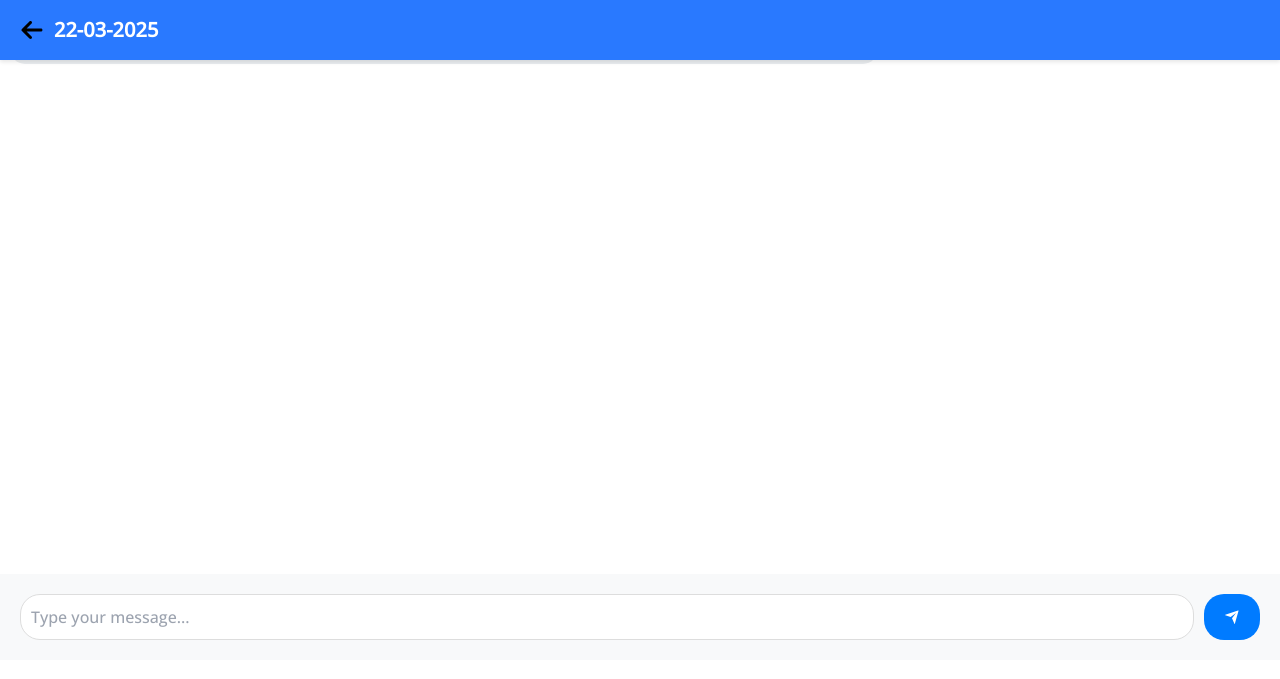
Repository: shash0708/GMR-Lines
Page: /bot (app in frontend/)
The author's editor kept a copy of each file at every save. The page is drawn from the files as they stood at one save, then again after the next save.
The browser window is 1280 px wide. The pictures show the whole page.
The page's requests for data from a server got no answer. Some web libraries are served in a nearby version. The project was rebuilt for these pictures with package versions that can differ from the ones it lists, and the page was loaded fresh each time. No one was signed in, and anything a server would have sent is missing. Also part of the build but not shown: frontend/src/components/Footer/Footer.css, frontend/src/components/Footer/Footer.component.jsx, frontend/src/components/Form/Form.component.jsx, frontend/src/components/Profile/Profile.jsx, frontend/src/components/Card/Card.jsx, frontend/src/components/Card/Card.component.jsx, frontend/src/components/Data/DataCard.jsx, frontend/src/components/speedDail/SpeedDail.component.jsx and 8 more.

Above is the page before, as saved 2025-03-22 14:50:11.

### frontend/public/index.html
<!DOCTYPE html>
<html lang="en">
  <head>
    <meta charset="utf-8" />
    <link rel="icon" href="%PUBLIC_URL%/favicon.ico" />
    <meta name="viewport" content="width=device-width, initial-scale=1" />
    <meta name="theme-color" content="#000000" />
    <meta name="description" content="Web site created using create-react-app" />
    <link rel="apple-touch-icon" href="%PUBLIC_URL%/logo192.png" />
    <!--
      manifest.json provides metadata used when your web app is installed on a
      user's mobile device or desktop. See https://developers.google.com/web/fundamentals/web-app-manifest/
    -->
    <link rel="manifest" href="%PUBLIC_URL%/manifest.json" />
    <!--
      Notice the use of %PUBLIC_URL% in the tags above.
      It will be replaced with the URL of the `public` folder during the build.
      Only files inside the `public` folder can be referenced from the HTML.

      Unlike "/favicon.ico" or "favicon.ico", "%PUBLIC_URL%/favicon.ico" will
      work correctly both with client-side routing and a non-root public URL.
      Learn how to configure a non-root public URL by running `npm run build`.
    -->
    <link href="https://cdn.jsdelivr.net/npm/bootstrap@5.3.3/dist/css/bootstrap.min.css" rel="stylesheet" integrity="sha384-QWTKZyjpPEjISv5WaRU9OFeRpok6YctnYmDr5pNlyT2bRjXh0JMhjY6hW+ALEwIH" crossorigin="anonymous">
    <link rel="stylesheet" href="https://cdnjs.cloudflare.com/ajax/libs/font-awesome/6.0.0-beta3/css/all.min.css">

    <title>Log Book</title>
  </head>
  <script src="https://cdnjs.cloudflare.com/ajax/libs/html2pdf.js/0.10.1/html2pdf.bundle.min.js"></script>

  <script src="https://cdn.jsdelivr.net/npm/bootstrap@5.3.3/dist/js/bootstrap.bundle.min.js" integrity="sha384-YvpcrYf0tY3lHB60NNkmXc5s9fDVZLESaAA55NDzOxhy9GkcIdslK1eN7N6jIeHz" crossorigin="anonymous"></script>
  <script src="https://cdn.jsdelivr.net/npm/@popperjs/core@2.11.8/dist/umd/popper.min.js" integrity="sha384-I7E8VVD/ismYTF4hNIPjVp/Zjvgyol6VFvRkX/vR+Vc4jQkC+hVqc2pM8ODewa9r" crossorigin="anonymous"></script>
  <script src="https://cdn.jsdelivr.net/npm/bootstrap@5.3.3/dist/js/bootstrap.min.js" integrity="sha384-0pUGZvbkm6XF6gxjEnlmuGrJXVbNuzT9qBBavbLwCsOGabYfZo0T0to5eqruptLy" crossorigin="anonymous"></script>
  <script src="https://cdn.tailwindcss.com?plugins=forms,container-queries"></script>

  <body>
    <noscript>You need to enable JavaScript to run this app.</noscript>
    <div id="root"></div>
    <!--
      This HTML file is a template.
      If you open it directly in the browser, you will see an empty page.

      You can add webfonts, meta tags, or analytics to this file.
      The build step will place the bundled scripts into the <body> tag.

      To begin the development, run `npm start` or `yarn start`.
      To create a production bundle, use `npm run build` or `yarn build`.
    -->
  </body>
</html>

### frontend/src/index.css
@tailwind base;
@tailwind components;
@tailwind utilities;
@import url('https://fonts.googleapis.com/css2?family=Open+Sans:ital,wght@0,500;1,500&display=swap');

/* Default Light Mode */
body {
    background: white;
    color: black;
    font-family: Arial, sans-serif;
    transition: all 0.3s ease;
  }

  /* Dark Mode */
  body.dark-mode {
    background:black;
    color: white;
  }

  /* Additional UI elements */
  .settings-menu {
    background: white;
    color: black;
    padding: 10px;
    transition: all 0.3s ease;
  }

  body.dark-mode .settings-menu {
    background: #000000;
    color: white;
  }

  .settings-button {
    background: transparent;
    border: 1px solid #555;
    color: black;
    padding: 8px 16px;
    margin: 5px;
    cursor: pointer;
    transition: all 0.3s ease;
  }

  body.dark-mode .settings-button {
    background: #000000;
    color: white;
  }

  .profile-header .profile-image {
    width: 100px;
    height: 100px;
    border-radius: 50%;
    cursor: pointer;
  }

  .image-menu-button {
    background: transparent;
    border: 1px solid #555;
    color: black;
    padding: 8px 16px;
    margin: 5px;
    cursor: pointer;
  }

  body.dark-mode .image-menu-button {
    background: #555;
    color: white;
  }

### frontend/src/context/ThemeChange.js
import React, { createContext, useState, useEffect } from 'react';

export const ThemeContext = createContext();

export const ThemeProvider = ({ children }) => {
  const [darkMode, setDarkMode] = useState(
    localStorage.getItem('darkMode') === 'true' || false
  );

  useEffect(() => {
    if (darkMode) {
      document.body.classList.add('dark-mode');
    } else {
      document.body.classList.remove('dark-mode');
    }
  }, [darkMode]);

  const toggleDarkMode = () => {
    setDarkMode((prev) => {
      const newMode = !prev;
      localStorage.setItem('darkMode', newMode);
      return newMode;
    });
  };

  return (
    <ThemeContext.Provider value={{ darkMode, toggleDarkMode }}>
      {children}
    </ThemeContext.Provider>
  );
};

### frontend/src/App.css
@import url('https://fonts.googleapis.com/css2?family=Open+Sans:ital,wght@0,500;1,500&display=swap');
body {
  font-family: "Open Sans", sans-serif;

    background-color: white ;
    background-size: cover;
    min-height: 100vh;

  }

### frontend/src/components/Home/Home.component.jsx
import React, { useState, useEffect,useContext } from "react";
import { useNavigate } from "react-router-dom";
import useDocumentTitle from "../hooks/useDocumentTitle";
import URL from "../config";
import "./Home.css";
import Footer from "../Footer/Footer.component";
import { Button } from "@mui/material";
import styled from "styled-components";
import { FaRegLightbulb } from "react-icons/fa";
import { FaCalendar } from "react-icons/fa";
import { IoSettingsOutline } from "react-icons/io5";
import { ThemeContext } from '../../context/ThemeChange.js';

const CardContainer = styled.div`
  display: grid;
  grid-template-columns: repeat(2, 1fr); /* 2 columns */
  gap: 10px; /* Space between cards */
  padding: 10px;
  background-color: ${({ darkMode }) => (darkMode ? 'black' : '#f5f5f5')}; /* Dark or light background */
`;

const Card = styled.div`
  padding: 20px;
  background-color: ${({ darkMode }) => (darkMode ? 'black' : 'white')}; /* Dark or light card background */
  color: ${({ darkMode }) => (darkMode ? '#fff' : '#000')}; /* Text color */
  border-radius: 8px;
  border: 1px solid ${({ darkMode }) => (darkMode ? '#333' : 'grey')};
  box-shadow: 0 4px 8px rgba(0, 0, 0, 0.9);
  display: flex; /* Flexbox to align items */
  align-items: center; /* Center items vertically */
`;

const IconWrapper = styled.span`
 width: 30px; /* Set icon size */
 color:black;
 color: ${({ darkMode }) => (darkMode ? '#fff' : '#000')}; /* Adjust icon color based on dark mode */

 display:flex;
  /* Space between icon and text */
`;

const cardData = [
  { Id: "Stay compliant", text: "Our automated system helps you stay up to date with the latest regulations.", icon: <FaRegLightbulb /> },
  { Id: "Improve efficiency", text: "Automate your HR processes and focus on what matters most.", icon: <FaCalendar />  },
  { Id: "Make better decisions", text: "Get insights into your data to make smarter business decisions.", icon: <IoSettingsOutline /> },
];

const Home = () => {
  const navigate = useNavigate();
  const { darkMode } = useContext(ThemeContext);

  useDocumentTitle("Aviation Logbook");

  const [ameNumber, setAmeNumber] = useState("");
  const [loading, setLoading] = useState(true);

  useEffect(() => {
    const fetchAmeNumber = async () => {
      try {
        const response = await fetch(`${URL}/api/getuser`, {
          method: "GET",
          headers: {
            "auth-token": localStorage.getItem("token"),
          },
        });

        if (!response.ok) {
          throw new Error("Network response was not ok");
        }

        const data = await response.json();
        setAmeNumber(data.AME);
      } catch (error) {
        console.error("Error fetching AME number:", error);
      } finally {
        setLoading(false);
      }
    };

    fetchAmeNumber();
  }, []);

  return (
    <div className={`Home ${darkMode ? 'dark-mode' : ''}`}>
      <header className="hero-section">
        <h1>AirCrew</h1>
        <img src="assests/bg.jpg" alt="AirCrew logo" className="aircrew-image" />
        {loading ? <p>Loading...</p> : <h3 className="ame-number">{ameNumber}</h3>}
      </header>
      <div className="Container">
        <h1>How we can help</h1>
        <p>Save time, reduce errors, and improve<br />compliance with our easy-to-use software.</p>
      </div>
      <div>
        <Button
          type="submit"
          variant="contained"
          color="primary"
          sx={{
            marginTop: 2,
            marginLeft: '10px',
            width: '100%', // Ensures the button takes up full width of its container
            backgroundColor: 'blue',
            '&:hover': {
              backgroundColor: '#4B0082',
            },
          }}
          style={{
            display: "flex",
            marginLeft: "-180px", // Fixed typo in margin-left
            padding: "10px",
            width: "140px",
          }}
        >
          Learn more
        </Button>
      </div>
      <CardContainer darkMode={darkMode}>
        {cardData.map(card => (
          <Card darkMode={darkMode} key={card.Id}>
            <div>
            <IconWrapper darkMode={darkMode}>{card.icon}</IconWrapper> {/* Wrap icon in styled component */}

              <h1>{card.Id}</h1>
              <p>{card.text}</p>
            </div>
          </Card>
        ))}
      </CardContainer>
    </div>
  );
};

export default Home;

### frontend/src/components/hooks/useDocumentTitle.js
// src/hooks/useDocumentTitle.js
import { useEffect } from 'react';

const useDocumentTitle = (title) => {
  useEffect(() => {
    document.title = title;
  }, [title]);
};

export default useDocumentTitle;

### frontend/src/components/config.js
// src/config.js
const URL = "  https://gmr-lines.onrender.com";

export default URL;

// `${URL}

### frontend/src/components/Home/Home.css
@import url('https://fonts.googleapis.com/css2?family=Open+Sans:ital,wght@0,500;1,500&display=swap');

.Home {
  font-family: "Open Sans", sans-serif;
  color: #fff;
  background-color: white;
  background-size: cover;
 height: auto; /* Full height for scrolling */
 margin-bottom: 100px;
  display: flex;
  flex-direction: column;
  align-items: center;
  justify-content: flex-start; /* Align the content at the top */
  overflow-y: auto; /* Enable scrolling for overflow */
}

.hero-section {
  width: 100%; /* Ensure it takes full width */
  height: 250px;
  text-align: center;
}

.dark-mode{
  background-color:black;
  color:white
}
.hero-section h1 {
  display: flex;
  align-items: center;
  justify-content: center;
  font-weight: 600;
  margin-top: 20px;
  font-size: 2rem;
  color: black;
  margin-bottom: 0.5rem;
}

.hero-section p {
  font-size: 1.25rem;
  color: #ddd;
}

.content {
  text-align: center;
}

.ame-number {
  font-size: 2rem;
  margin-bottom: 2rem;
}

.btn-new-entry,
.btn-past-records {
  background-color: #005b96;
  color: #fff;
  border: none;
  padding: 1rem 2rem;
  margin: 0.5rem;
  border-radius: 5px;
  cursor: pointer;
  font-size: 1rem;
}

.btn-new-entry:hover,
.btn-past-records:hover {
  background-color: #003f73;
}

.aircrew-image {
  width: 100%; /* Make the image responsive */
  height: auto;
  display: block;
  margin: 0 auto;
}

.Container {
  display: flex;
  flex-direction: column;
  margin-top: 290px;
  padding: 10px;
  font-family: "Open Sans", sans-serif;
  margin-left: 0; /* Adjust this to center if needed */
  height: 100px; /* Make sure it takes full available height */
  width: 100%; /* Ensure it stretches to full width */
}

.Container h1 {
  color: black;
  font-size: 22px;
  font-weight: bolder;

}
.Container p{
  color: black;

}

.dark-mode p{
  background-color: black;
  color:rgb(198, 190, 190)
}
 h1 {
  color: black;

}

### frontend/src/components/bot/Topbar/Topbar.js
import React from 'react'
import { useNavigate } from 'react-router-dom'
import './Topbar.css'
import { FaArrowLeft } from "react-icons/fa6"

const Topbar = () => {
  const navigate = useNavigate()

  const handleBackClick = () => {
    navigate('/past-records')
  }

  return (
    <div class="topbar-container">
        <div className="topbar">
            <div className="date-container">
                <FaArrowLeft
                  className="arrow-icon"
                  onClick={handleBackClick}
                  style={{ cursor: 'pointer' }}
                />
                <span className="date-text">22-03-2025</span>
            </div>
        </div>
    </div>
  )
}

export default Topbar

### frontend/src/components/bot/chatwindow.css
.chat-container {
    height: 100vh;
    display: flex;
    flex-direction: column;
    margin-top: -70px;
  }

  .messages-container {
    flex: 1;
    padding: 20px;
    overflow-y: auto;
    margin-top: 60px;
  }

  .message {
    max-width: 70%;
    margin: 10px;
    padding: 10px 15px;
    border-radius: 15px;
    word-wrap: break-word;
  }

  .bot {
    background-color: #e9ecef;
    align-self: flex-start;
    margin-left: -10px;
  }

  .user {
    background-color: #007bff;
    color: white;
    align-self: flex-end;
    margin-left: 100px;
  }

  .options-wrapper {
    display: flex;
    flex-direction: column;
    gap: 10px;
    margin: 10px 0;
  }

  .options-container {
    display: flex;
    flex-wrap: wrap;
    gap: 10px;
    padding: 0 10px;
  }

  .option-button {
    padding: 8px 16px;
    background-color: #f0f0f0;
    border: 1px solid #ddd;
    border-radius: 20px;
    cursor: pointer;
    transition: all 0.3s ease;
  }

  .option-button.selected {
    background-color: #007bff;
    color: white;
    border-color: #0056b3;
  }

  .submit-options-button {
    margin: 10px;
    padding: 8px 16px;
    background-color: #28a745;
    color: white;
    border: none;
    border-radius: 20px;
    cursor: pointer;
    align-self: flex-end;
  }

  .input-container {
    display: flex;
    padding: 20px;
    background-color: #f8f9fa;
    gap: 10px;
    margin-bottom: -10px;
  }

  .input-container input {
    flex: 1;
    padding: 10px;
    border: 1px solid #ddd;
    border-radius: 20px;
    outline: none;
  }

  .input-container button {
    padding: 10px 20px;
    background-color: #007bff;
    color: white;
    border: none;
    border-radius: 20px;
    cursor: pointer;
  }


  .submit-container {
    padding: 1rem;
    text-align: center;
    position: fixed;
    bottom: 0;
    left: 0;
    right: 0;
    background-color: #fff;
    border-top: 1px solid #ddd;
  }

  .final-submit-button {
    padding: 12px 24px;
    background-color: #007bff;
    color: white;
    border: none;
    border-radius: 4px;
    font-size: 16px;
    cursor: pointer;
    transition: background-color 0.3s ease;
  }

  .final-submit-button:hover {
    background-color: #0056b3;
  }

  .messages-container {
    padding-bottom: 80px; /* Add space for the submit button */
  }

### frontend/src/components/Profile/Profile.css
@import url('https://fonts.googleapis.com/css2?family=Poppins:ital,wght@0,100;0,200;0,300;0,400;0,500;0,600;0,700;0,800;0,900;1,100;1,200;1,300;1,400;1,500;1,600;1,700;1,800;1,900&display=swap');

.proedit{
  font-family: "Poppins", sans-serif;

}

.dark-mode .proedit .profile .babes  {
  background-color: black;
  color: rgb(216, 216, 216);
}
.Profile{
    /* background-color: #ffffff; */
    position: absolute;
    top: 40px;
    left: 10px;
    margin-top:0px;
    font-weight: 200px;

    font-size: 20px;

    color:black;
    height: 100vh;

}

.dark-mode h1 {
  background-color: black;
  color: rgb(216, 216, 216);
}

.settings{
    position: absolute;
    left:310px
}
.dark-mode .settings {
  background-color: black;
  color: rgb(216, 216, 216);
}
.babes {
    /* font-family: Arial, sans-serif; */
    /* background-color: #ffffff; */
    margin-top:20px;
    height: auto;
    overflow-y: auto; /* Enable vertical scrolling if content overflows */

    display: flex;
    justify-content: center;
    align-items: center;
  }

  .profile-container {
    background-color: white;
    border-radius: 10px;
    margin-top: 50px;
    /* box-shadow: 0 4px 8px rgba(0, 0, 0, 0.1); */
    width: 100%;
    height:100vh;

    padding: 20px;
  }
  .dark-mode .profile-container {
    background-color: black;
    color: white;
  }
  .profile-header {
    text-align: center;
    margin-bottom: 20px;
  }

  .profile-image {
    width: 100px;
    height: 100px;
    display: flex;
    align-items:center;
    justify-content: center;
    position:relative;
    margin-left: 110px;
    border-radius: 50%;
    object-fit: cover;
  }

  h1 {
    font-size: 1.5em;
    margin: 10px 0;
  }

  p {
    color: #888;
    font-size: 0.9em;
  }

  .edit-button {
    background-color: #d1cdcd;
    border: none;
    padding: 10px 20px;
    border-radius: 10px;
    cursor: pointer;
    margin-top: 10px;
    width:100%;
    font-weight: bold;
  }

  .edit-button:hover {
    background-color: #e0e0e0;
  }

  .profile-options {
    /* border-top: 3px solid #ddd; */
    padding-top: 10px;
    height:30vh;
  }

  .profile-option {
    display: flex;
    justify-content: space-between;
    padding: 10px 0;
    border:2px ;
    cursor: pointer;

    border-bottom: 1px solid #ddd;
    align-items: center;
    /* border-bottom: 1px solid #ddd; */
  }

  .profile-option:last-child {
    border-bottom: none;
  }

  .profile-option:hover {
    background-color: #f9f9f9;


  }
  .collapse-content {
    padding: 10px;
    border-left: 2px solid #ddd;
    margin-left: 10px;
    font-size: 0.9em;
    color: #555;
    overflow: auto; /* Allow scrolling if content is too long */
    max-height: 400px; /* Optional: Limit height before scrolling */
    transition: max-height 0.3s ease; /* Smooth transition when collapsing/expanding */
}

  .option-header {
    display: flex;
    justify-content: space-between;
    align-items: center;
    padding: 10px; /* Add some padding for better spacing */

  }
  .option-text {
    margin-right: 10px; /* Adjust this value to control the space */
    flex-grow: 1; /* Make the text take up available space */
  }
  /* Arrow styling */
  .arrow {
    margin-left: auto; /* Push the arrow to the extreme right */

    transition: transform 0.3s ease;
  }

  .arrow.up {
    transform: rotate(180deg); /* Rotate the arrow upside-down */
  }

  .arrow.down {
    transform: rotate(0deg); /* Default state with down arrow */
  }

  .settings-menu {
    position: absolute; /* Position it absolutely */
    right: 10px; /* Adjust as needed */
    top: 63px; /* Adjust as needed */
    background-color: white; /* Set background color */
    border: 1px solid #ccc; /* Add a border */
    border-radius: 4px; /* Rounded corners */
    box-shadow: 0 2px 10px rgba(0, 0, 0, 0.1); /* Optional shadow for better visibility */
    z-index: 1000; /* Ensure it's above other elements */
  }

  .settings-button {
    display: block; /* Display as block for full width */
    width: 100%; /* Full width */
    padding: 10px; /* Padding for buttons */
    background: none; /* Remove background */
    border: none; /* Remove border */
    text-align: left; /* Align text to left */
    cursor: pointer; /* Pointer cursor on hover */
  }

  .settings-button:hover {
    background-color: #f0f0f0; /* Change background on hover */
  }

  .image-menu {
    position: absolute;
    top: 110px; /* Adjust based on the image size */
    right: 20px;
    background-color: white;
    border: 1px solid #ccc;
    padding: 10px;
    display: flex;
    flex-direction: column;
  }

  .image-menu-button {
    margin: 5px 0;
    cursor: pointer;
  }

  /* Dark Mode Profile Option Hover */
.dark-mode .profile-option {
  background-color: black;
  color: white;
  border-bottom: 1px solid white;
}

/* On Hover */
.dark-mode .profile-option:hover {
  background-color: #333;
  color: #ddd;
}

/* On Active (When Clicked/Expanded) */
.dark-mode .collapse-content {
  background-color: black;
  color: white;
  border-left: 2px solid white;
}

/* Arrow Style in Dark Mode */
.dark-mode .arrow {
  color: white;
}

### frontend/src/components/Card/Card.css
.car{
    margin-top: 100px;
}
.card-container {
    display: flex;
    flex-wrap: wrap;  /* Allow cards to wrap to the next line */
    justify-content: center;  /* Center the cards horizontally */
    gap: 20px;  /* Space between the cards */
    margin: 20px;  /* Space around the entire card container */
}


.Input {
  padding: 12px;
  margin-top: 20px;
  border-radius: 10px;
  color: black;
  border: 2px ;
  display: flex;
  width: 80%;
  flex-wrap: wrap;
  justify-content: center;
  align-items: center;
  background-color: #ebebeb; /* Set background color to gray */
}



.item-container {
    display: flex;
    align-items: center;
    justify-content: space-between;
    padding: 10px;
    background-color: #ffffff;
    border-radius: 10px;
    border: 1px solid black;
    position: relative; /* Required for positioning checkbox */
    width: 330px;
    margin-left: -5px;
    margin: 10px; /* Optional spacing between cards */
    cursor: pointer; /* Change cursor to pointer */
  }

  .icon-container {
    background-color: #e9ecef;
    padding: 10px;

    border-radius: 10%;
  }
  .logs-container {
    display: flex;           /* Use flexbox for alignment */
    justify-content: space-between; /* Space between elements */
    align-items: center;    /* Vertically center items */
    padding: 10px;          /* Add some padding */
  }

  .add-button {
    cursor: pointer;        /* Change cursor to pointer for better UX */
    font-size: 24px;       /* Adjust the font size as needed */
    margin-right: -140px;
  }
  .logs-title{
    margin-right: 130px;
    font-family: "Open Sans", sans-serif;
    font-weight: 800;
    font-size: 18px;
  }

  .plane-icon {
    width: 24px;
    height: 24px;
    color: #000;
  }

  .info-container {
    flex-grow: 1;
    margin-left: 10px;
  }

  .date {
    font-size: 16px;
    font-weight: bold;
    margin: 0;
  }

  .id {
    font-size: 12px;
    color: #6c757d;
    margin: 0;
  }

  .arrow-container {
    margin-left: 10px;
  }


  .arrow-icon {
    width: 24px;
    height: 24px;
    color: #000;
  }
  .Prnrt{
    display: flex;
    justify-content: center;
    align-items:center;
    position: absolute;
    left: 100px;
    margin-top: 3.5px;
  }
  /* Checkbox styles */
  .checkbox-container {
    position: absolute; /* Position it relative to the item-container */
    top: 10px; /* Adjust according to your design */
    right: 10px; /* Adjust according to your design */
  }

  .checkbox {
    width: 30px;
    height: 30px;
    margin-right: 30px;
    margin-top: 20px;
    border-radius: 50%;
    background-color: #007bff; /* Color of checkbox */
    display: flex;
    align-items: center;
    justify-content: center;
    color: white;
    font-weight: bold;
  }

  .count {
    font-size: 12px;
  }

### frontend/src/components/bot/Topbar/Topbar.css
.topbar {
    display: flex;
    justify-content: space-between;
    align-items: center;
    height: 60px;
    width: 100%;
    background-color: #2979FF;
    color: white;
    padding: 0 20px;
    box-shadow: 0 2px 4px rgba(0, 0, 0, 0.1);
    position: fixed;
    top: 0;
    left: 0;

    box-sizing: border-box;
    z-index: 1000;
}

/* Add this to your body or root element to prevent content from hiding behind the topbar */

.date-container {
    display: flex;
    align-items: center;
    gap: 10px;
}

.arrow-icon {
    font-size: 24px;
    color: black;
}

.date-text {
    font-size: 20px;
    font-weight: bold;
}

### frontend/tailwind.config.js
/** @type {import('tailwindcss').Config} */
module.exports = {
  content: [
    "./src/**/*.{js,ts,jsx,tsx}",  // Adjust the paths as needed
    "./public/**/*.html",           // Include HTML files if used
  ],
  theme: {
    extend: {
      // Custom theme extensions go here
      colors: {
        primary: '#ff6347',  // Example custom color
      },
      fontFamily: {
        sans: ['Helvetica', 'Arial', 'sans-serif'],
      },
    },
  },
  plugins: [
    // Add any Tailwind CSS plugins here
  ],
};


module.exports ={
  "compilerOptions": {
    "baseUrl": ".",
    "paths": {
      "@/*": ["src/*"]
    }
  }
}

Loaded but not shown: frontend/src/reportWebVitals.js (common file); frontend/src/components/bot/Chatwindow.js (329 lines, source omitted); frontend/src/serviceWorkerRegistration.js (137 lines, source omitted); frontend/src/App.js (110 lines, source omitted); frontend/src/context/LogContext.js (76 lines, source omitted); frontend/src/index.js (40 lines, source omitted); frontend/src/components/Data/Data.css (no stored copy; drawn as an empty file)

After the next save:
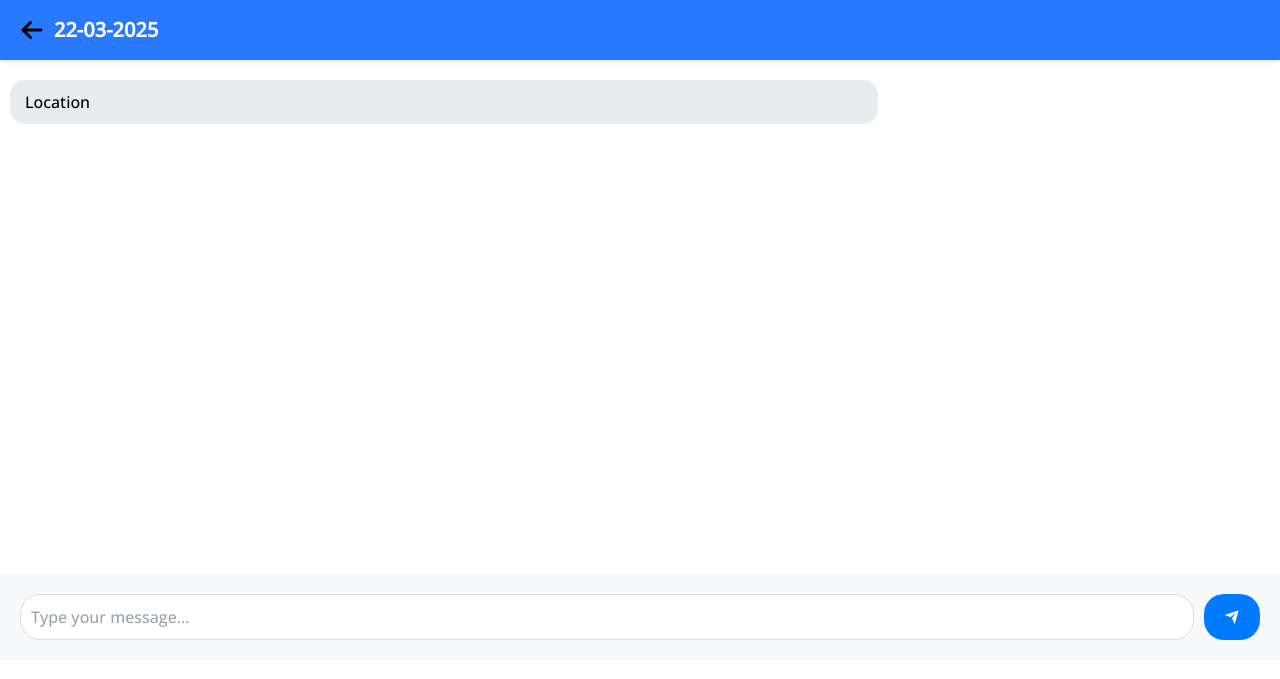
Saved 4 s later.
--- a/frontend/src/components/bot/Topbar/Topbar.css
+++ b/frontend/src/components/bot/Topbar/Topbar.css
@@ -1,3 +1,8 @@
+.topbar-container {
+    margin: 0;
+    padding-top: 60px;
+}
+
 .topbar {
     display: flex;
     justify-content: space-between;
